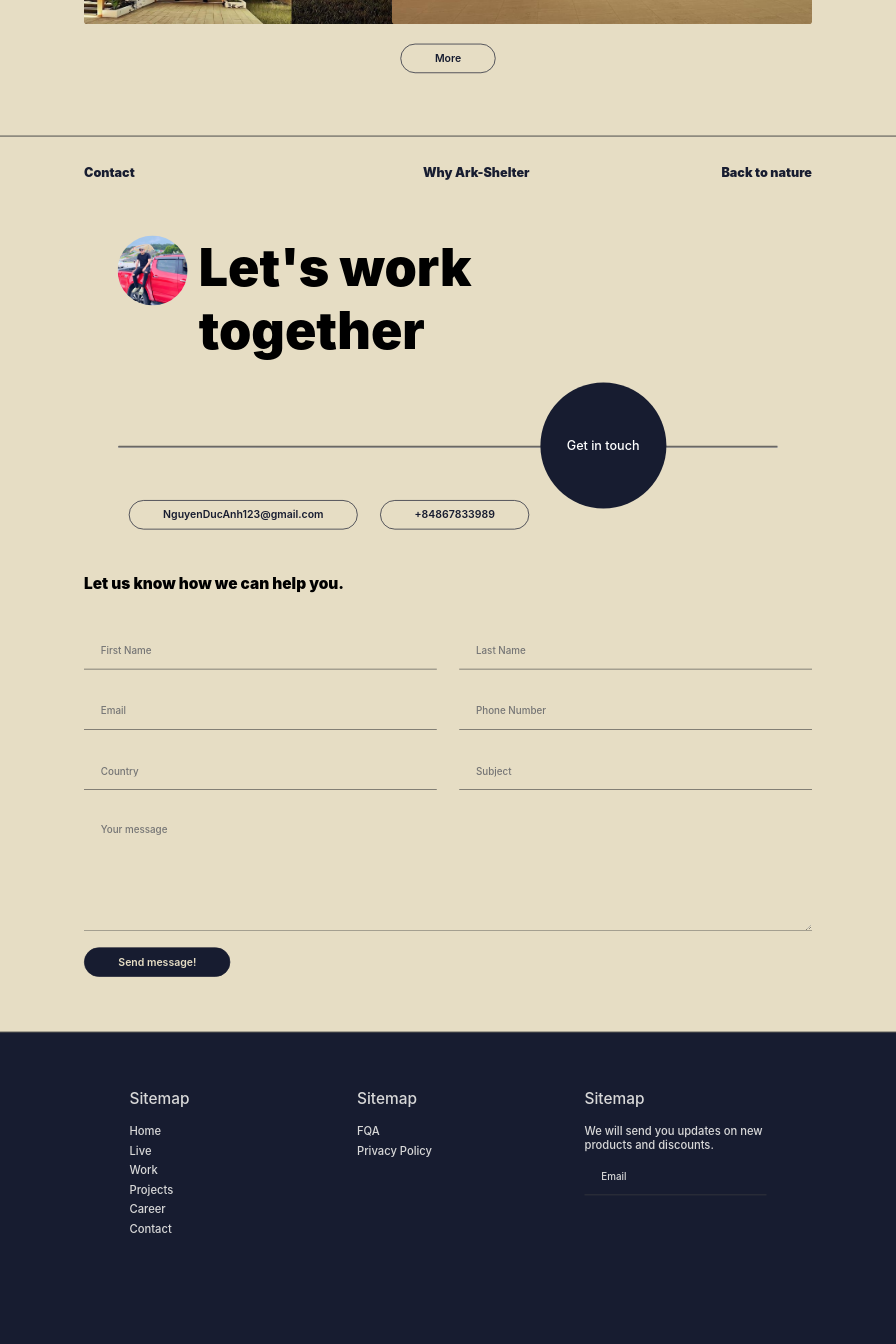
Repository: Ethanxcode/DucAnhNguyen
Page: index.html
The author's editor kept a copy of each file at every save. The page is drawn from the files as they stood at one save, then again after the next save.
The browser window is 1280 px wide. The pictures show the part of the page from y = 3148 to 5068 px (the page is 5343 px tall), at 70% of full size.
Pictures or frames that could not be fetched are drawn as grey boxes.

Above is the page before, as saved 2023-01-30 16:14:54.

After the next save:
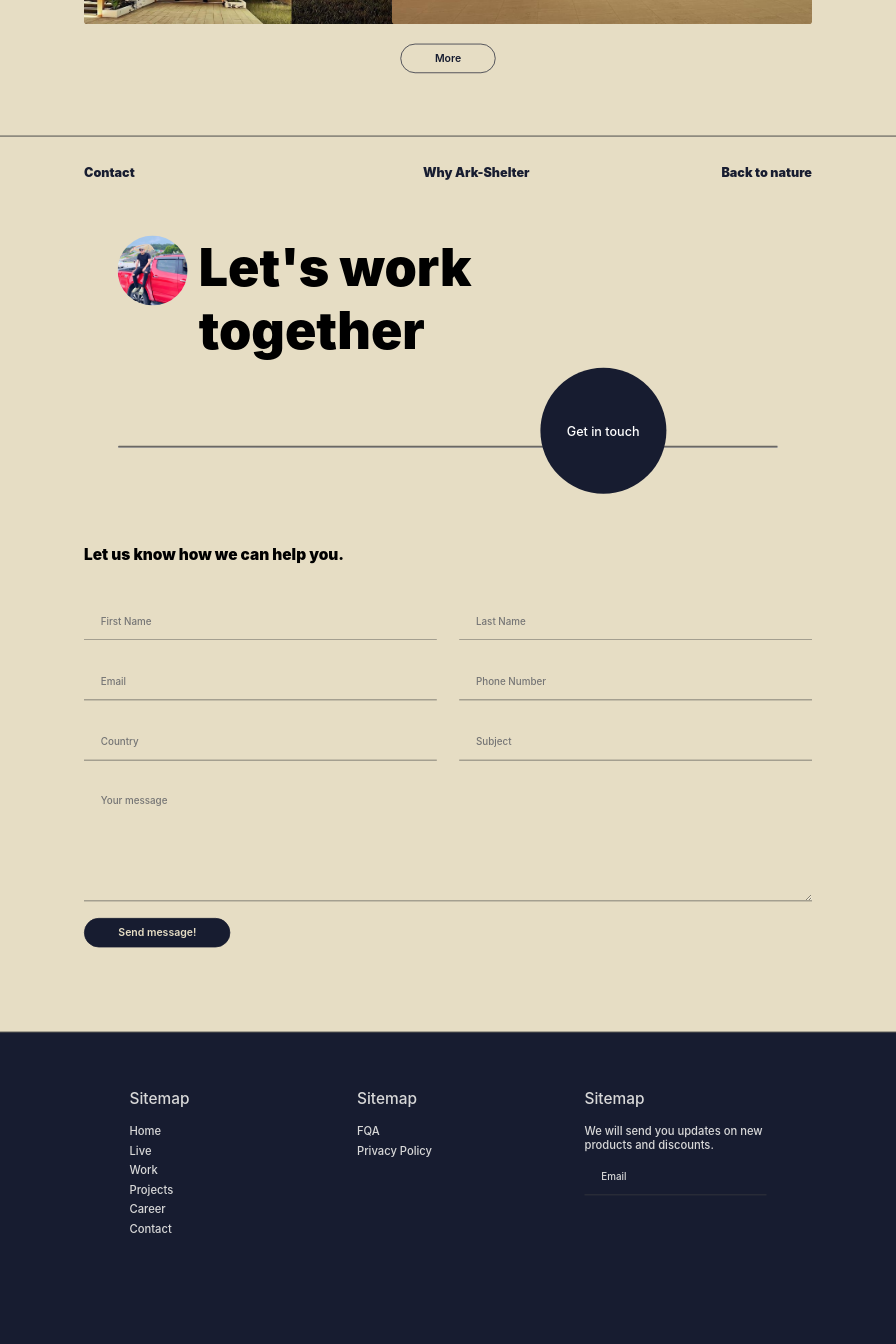
Saved 10 s later.
--- a/index.html
+++ b/index.html
@@ -265,16 +265,8 @@
 					<canvas id="myCanvas" width="180" height="180"></canvas>
 					<span class="">Get in touch</span>
 				</div>
-
-			</div>
-					<div class="subChildContactContent">
-				<button class="btn inter-black-almod-16px shortBtn margin-top-24px">
-					NguyenDucAnh123@gmail.com
-				</button>
-				<button class="btn inter-black-almod-16px shortBtn margin-top-24px">
-					+84867833989
-				</button>
-			</div>
+			</div>
+
 
 
 		</div>
